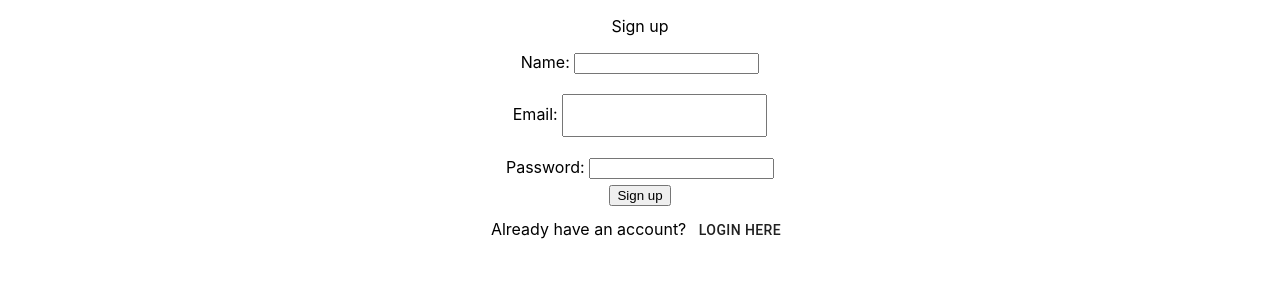
Repository: Rubin78/loginform
Page: /signup
An editor plug-in stored every save of this project. The page is shown before and after the next save, followed by the edit.
The browser window is 1280 px wide. The pictures show the whole page.
The project was rebuilt for these pictures with package versions that can differ from the ones it lists, and the page was loaded fresh each time. Also part of the build but not shown: src/loginform/loginform.js.

Above is the page before, as saved 2021-02-12 17:33:06.

After the next save:
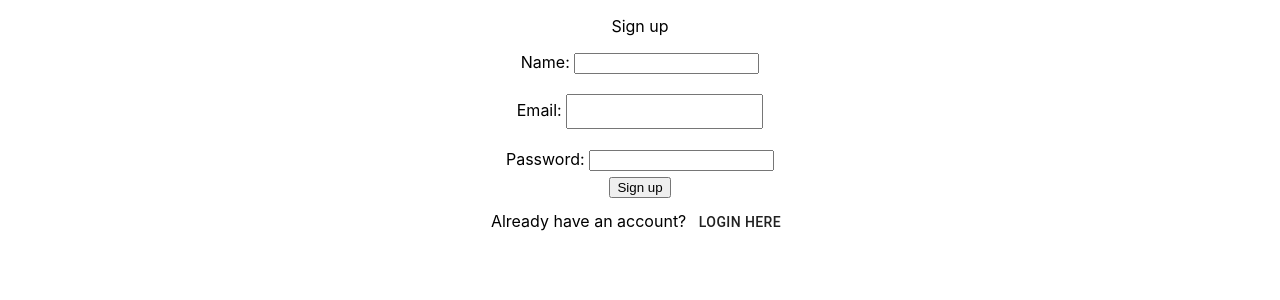
Saved 10 s later.
--- a/src/loginform/signupform.js
+++ b/src/loginform/signupform.js
@@ -56,7 +56,7 @@ const FormPage = (props) => {
               <Col md="12" style={{ padding: 20 }}>
                 <label for="email">Email: </label>
                 <input
-                  style={{ padding: 12  }}
+                  style={{ padding: 8  }}
                   required
                   label="Your name"
                   id="email"
